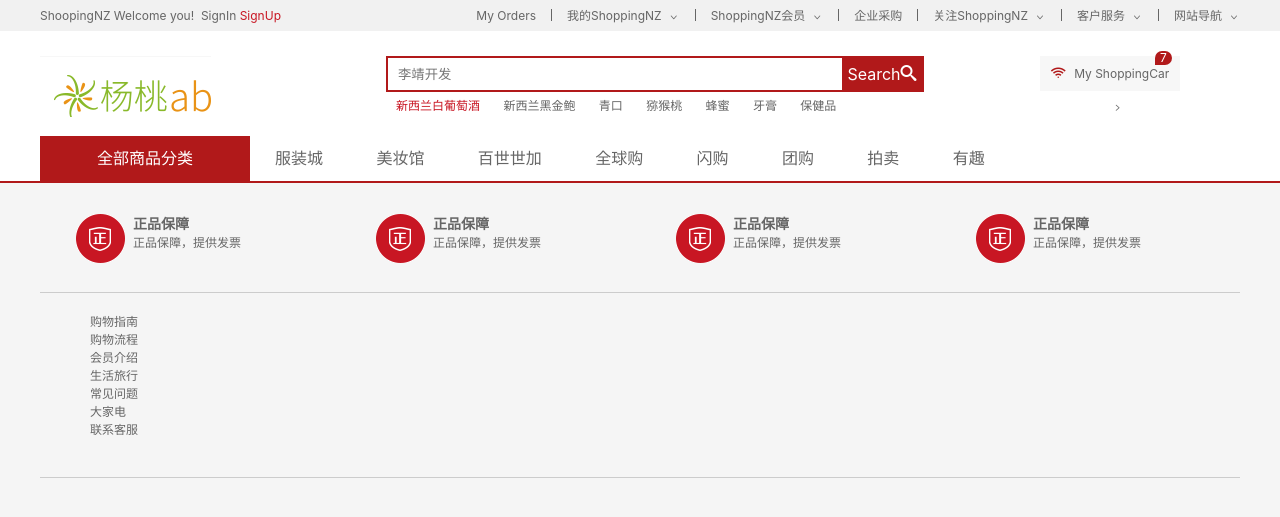
Repository: Jasonlee6789/shoppingWeb
Page: index.html
The author's editor kept a copy of each file at every save. The page is drawn from the files as they stood at one save, then again after the next save.
The browser window is 1280 px wide. The pictures show the whole page.

Above is the page before, as saved 2020-05-28 17:21:46.

After the next save:
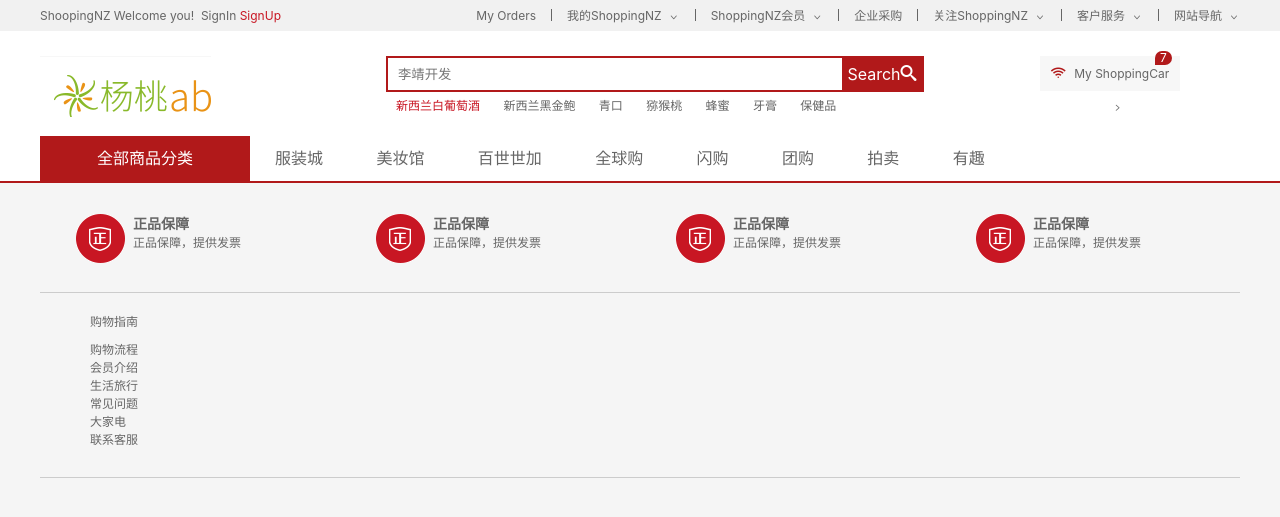
Saved 66 s later.
--- a/css/common.css
+++ b/css/common.css
@@ -280,3 +280,8 @@
     padding-top: 20px;
     padding-left: 50px;
 }
+
+.mod_help dl dt {
+    font: 16px;
+    margin-bottom: 10px;
+}
